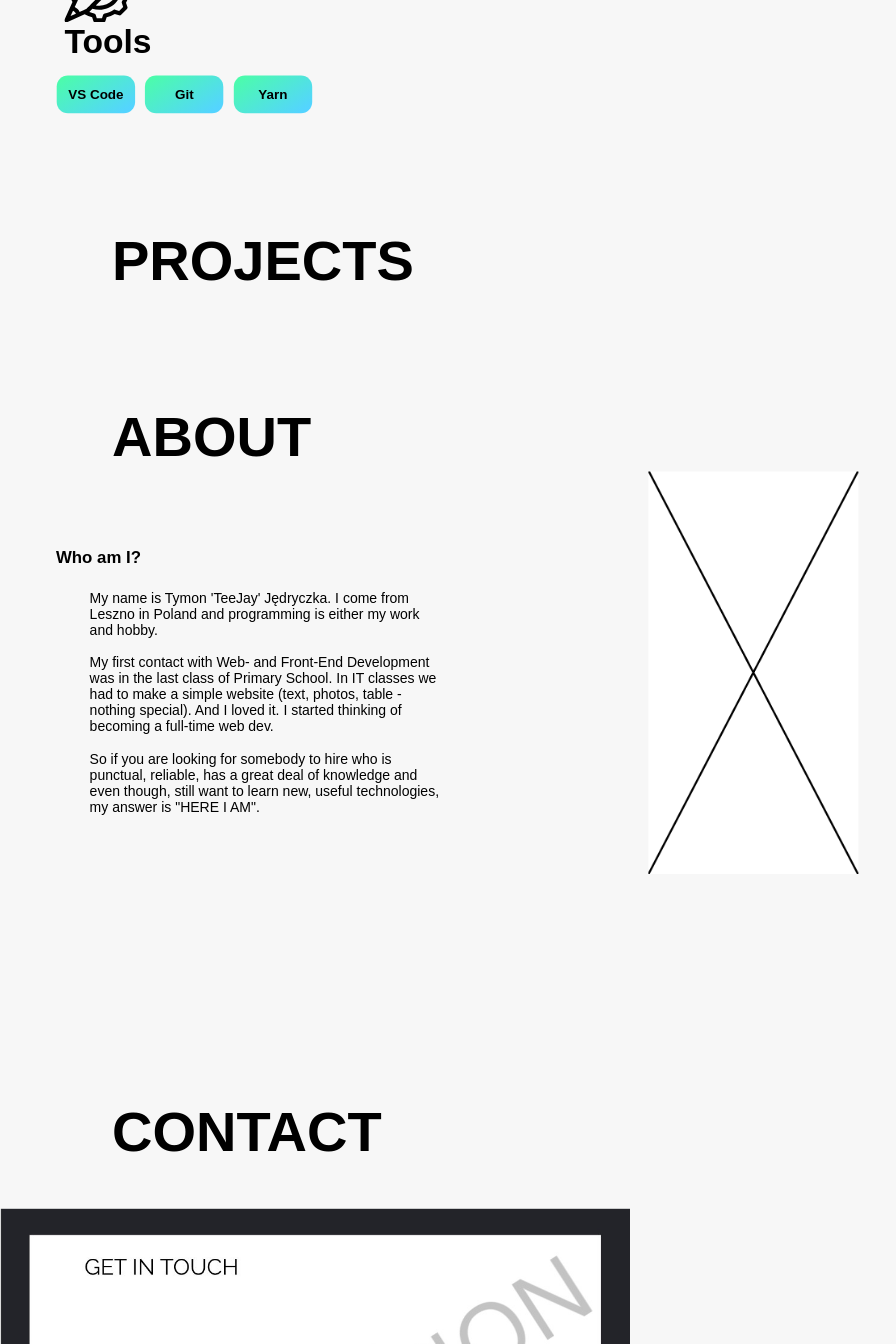
Repository: TeeJaysDev/Portfolio
Page: index.html
The author's editor kept a copy of each file at every save. The page is drawn from the files as they stood at one save, then again after the next save.
The browser window is 1280 px wide. The pictures show the part of the page from y = 1577 to 3497 px (the page is 4313 px tall), at 70% of full size.
Some web libraries are served in a nearby version.

Above is the page before, as saved 2021-05-04 21:56:26.

After the next save:
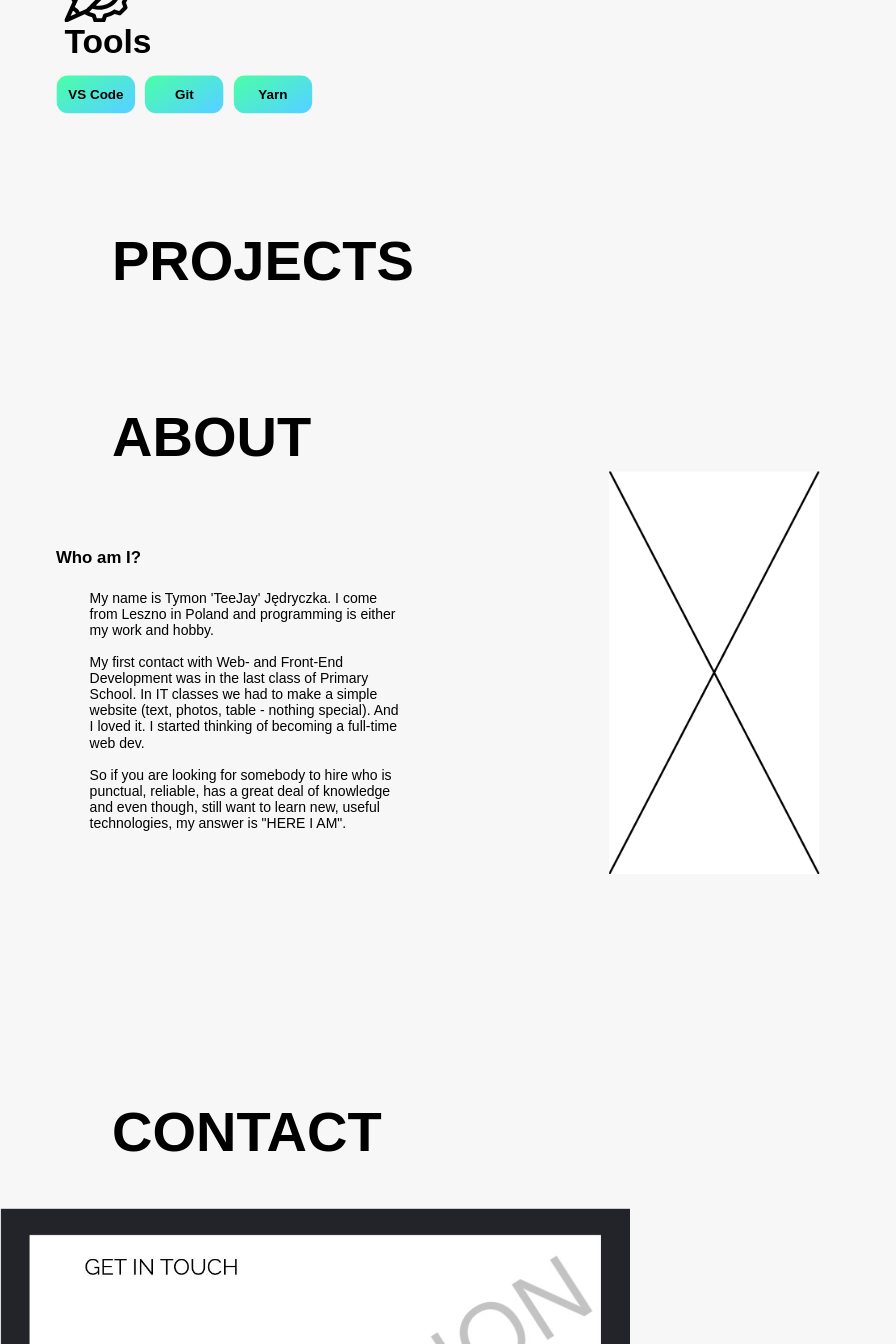
Saved 6 s later.
--- a/style.css
+++ b/style.css
@@ -136,7 +136,7 @@ main h1 {
 
 #about p {
     font-size: 1.25rem;
-    min-width: 45ch;
+    min-width: 40ch;
     max-width: 60ch;
     margin-left: 8rem;
     margin-bottom: 5rem;
